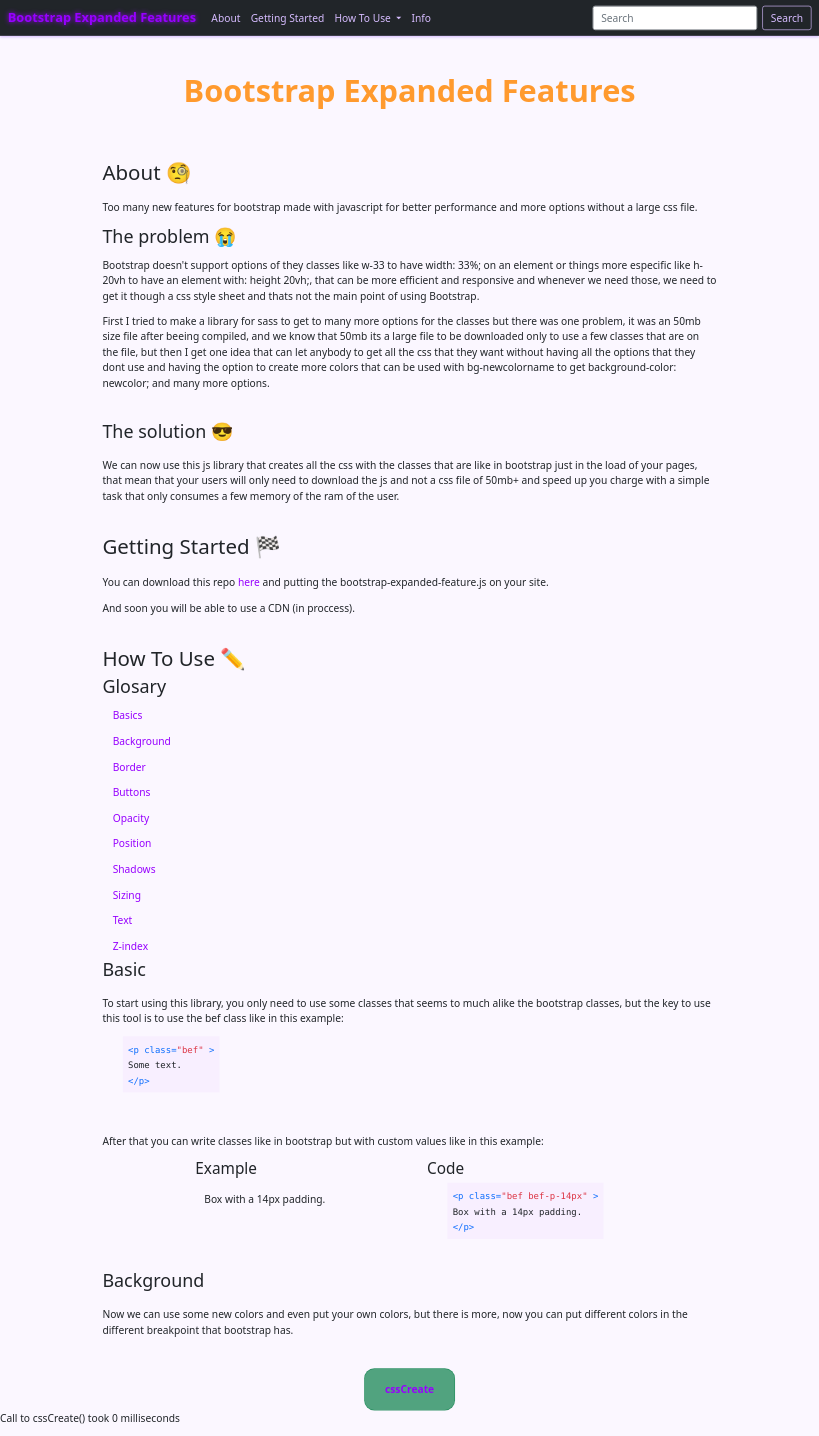
Repository: LynxPardelle/bootstrap-expanded-features
Page: index.html
An editor plug-in stored every save of this project. The page is shown before and after the next save, followed by the edit.
The browser window is 1280 px wide. The pictures show the whole page, at 64% of full size.

Above is the page before, as saved 2022-01-02 05:39:34.

### index.html
<!DOCTYPE html>
<html lang="es">
  <head>
    <meta charset="UTF-8" />
    <meta http-equiv="X-UA-Compatible" content="IE=edge" />
    <meta name="viewport" content="width=device-width, initial-scale=1.0" />
    <title>Bootstrap Expanded Features</title>
    <link
      href="https://cdn.jsdelivr.net/npm/bootstrap@5.1.3/dist/css/bootstrap.min.css"
      rel="stylesheet"
      integrity="sha384-1BmE4kWBq78iYhFldvKuhfTAU6auU8tT94WrHftjDbrCEXSU1oBoqyl2QvZ6jIW3"
      crossorigin="anonymous"
    />
    <link rel="stylesheet" href="./style.css" />
  </head>
  <body class="bef bef-bg-futurePop__OPA__0_03">
    <header>
      <nav
        class="
          navbar navbar-expand-lg navbar-dark
          bg-dark
          align-items-center
          bef
          bef-boxShadow-0px__2px__4px__lavender
          position-fixed
          top-0
          w-100
        "
      >
        <div class="container-fluid">
          <a
            class="
              navbar-brand
              bef bef-text-futurePop
              fw-bolder
              bef-textShadow-0px__0px__8px__futurePop
            "
            href="#"
            >Bootstrap Expanded Features</a
          >
          <button
            class="navbar-toggler"
            type="button"
            data-bs-toggle="collapse"
            data-bs-target="#navbarSupportedContent"
            aria-controls="navbarSupportedContent"
            aria-expanded="false"
            aria-label="Toggle navigation"
          >
            <span class="navbar-toggler-icon"></span>
          </button>
          <div class="collapse navbar-collapse" id="navbarSupportedContent">
            <ul class="navbar-nav me-auto mb-lg-0">
              <li class="nav-item">
                <a class="nav-link bef bef-text-lavender" href="#about"
                  >About</a
                >
              </li>
              <li class="nav-item">
                <a
                  class="nav-link bef bef-text-lavender"
                  href="#getting_started"
                  >Getting Started</a
                >
              </li>
              <li class="nav-item dropdown">
                <a
                  class="nav-link bef bef-text-lavender dropdown-toggle"
                  href="#howToUse"
                  id="navbarDropdown"
                  role="button"
                  data-bs-toggle="dropdown"
                  aria-expanded="false"
                >
                  How To Use
                </a>
                <ul
                  class="dropdown-menu dropdown-menu-dark"
                  aria-labelledby="navbarDropdown"
                >
                  <li>
                    <a class="dropdown-item bef bef-text-lavender" href="#"
                      >Action</a
                    >
                  </li>
                  <li>
                    <a class="dropdown-item bef bef-text-lavender" href="#"
                      >Another action</a
                    >
                  </li>
                  <li><hr class="dropdown-divider" /></li>
                  <li>
                    <a class="dropdown-item bef bef-text-lavender" href="#"
                      >Something else here</a
                    >
                  </li>
                </ul>
              </li>
              <li class="nav-item">
                <a class="nav-link bef bef-text-lavender" href="#Info">Info</a>
              </li>
            </ul>
            <form class="d-flex">
              <input
                id="searchInput"
                class="form-control me-2"
                type="search"
                placeholder="Search"
                aria-label="Search"
              />
              <button class="btn bef bef-btnOutline-lavender">Search</button>
            </form>
          </div>
        </div>
      </nav>

      <h1
        class="
          text-center
          d-block
          bef bef-w-85vw bef-w-md-75vw bef-fs-2rem bef-fs-md-3rem
          bef-m-7rem__auto__5rem
          bef-text-summer
          fw-bolder
        "
      >
        Bootstrap Expanded Features
      </h1>
    </header>

    <div>
      <main class="bef bef-w-85vw bef-wmx-1000px bef-w-md-75vw mx-auto">
        <!-- ABOUT -->
        <section>
          <a id="about"></a>
          <h2>About 🧐</h2>
          <article>
            <p class="mt-4 mb-3 text-start">
              Too many new features for bootstrap made with javascript for
              better performance and more options without a large css file.
            </p>
          </article>
          <!-- THE_PROBLEM -->
          <article>
            <h3>The problem 😭</h3>
            <p class="my-3 text-start">
              Bootstrap doesn't support options of they classes like w-33 to
              have width: 33%; on an element or things more especific like
              h-20vh to have an element with: height 20vh;, that can be more
              efficient and responsive and whenever we need those, we need to
              get it though a css style sheet and thats not the main point of
              using Bootstrap.
            </p>
            <p class="mt-3 mb-5 text-start">
              First I tried to make a library for sass to get to many more
              options for the classes but there was one problem, it was an 50mb
              size file after beeing compiled, and we know that 50mb its a large
              file to be downloaded only to use a few classes that are on the
              file, but then I get one idea that can let anybody to get all the
              css that they want without having all the options that they dont
              use and having the option to create more colors that can be used
              with bg-newcolorname to get background-color: newcolor; and many
              more options.
            </p>
          </article>
          <!-- THE_SOLUTION -->
          <article>
            <h3>The solution 😎</h3>
            <p class="mt-4 mb-5 text-start">
              We can now use this js library that creates all the css with the
              classes that are like in bootstrap just in the load of your pages,
              that mean that your users will only need to download the js and
              not a css file of 50mb+ and speed up you charge with a simple task
              that only consumes a few memory of the ram of the user.
            </p>
          </article>
        </section>
        <!-- GETTING_STARTED -->
        <section>
          <a id="getting_started"></a>
          <h2>Getting Started 🏁</h2>
          <article>
            <p class="mt-4 mb-3 text-start bef bef-link-futurePop">
              You can download this repo
              <a
                class="text-decoration-none"
                href="https://github.com/LynxPardelle/bootstrap-expanded-features.git"
                target="_blank"
                >here</a
              >
              and putting the bootstrap-expanded-feature.js on your site.
            </p>
            <p class="mt-3 mb-5 text-start bef bef-link-futurePop">
              And soon you will be able to use a CDN (in proccess).
            </p>
          </article>
        </section>
        <!-- HOW_TO_USE -->
        <section>
          <a id="howToUse"></a>
          <h2>How To Use ✏️</h2>
          <article>
            <h3>Glosary</h3>
            <ul class="nav flex-column bef bef-link-futurePop">
              <li class="nav-item">
                <a class="nav-link" href="#basicHTU">Basics</a>
              </li>
              <li class="nav-item">
                <a class="nav-link" href="#backgroundHTU">Background</a>
              </li>
              <li class="nav-item">
                <a class="nav-link" href="#borderHTU">Border</a>
              </li>
              <li class="nav-item">
                <a class="nav-link" href="#buttonsHTU">Buttons</a>
              </li>
              <li class="nav-item">
                <a class="nav-link" href="#opacityHTU">Opacity</a>
              </li>
              <li class="nav-item">
                <a class="nav-link" href="#positionHTU">Position</a>
              </li>
              <li class="nav-item">
                <a class="nav-link" href="#shadowsHTU">Shadows</a>
              </li>
              <li class="nav-item">
                <a class="nav-link" href="#sizingHTU">Sizing</a>
              </li>
              <li class="nav-item">
                <a class="nav-link" href="#textHTU">Text</a>
              </li>
              <li class="nav-item">
                <a class="nav-link" href="#zIndexHTU">Z-index</a>
              </li>
            </ul>
          </article>
          <!-- BASICHTU -->
          <article>
            <a id="basicHTU"></a>
            <h3>Basic</h3>
            <p class="mt-4 mb-3 text-start bef bef-link-futurePop">
              To start using this library, you only need to use some classes
              that seems to much alike the bootstrap classes, but the key to use
              this tool is to use the bef class like in this example:
            </p>
            <p class="d-inline-block p-2 bef bef-m-0rem__2rem__3rem__2rem bef-bg-futurePop__OPA__0_03">
              <code class="text-dark">
                <span class="text-primary">
                  &#60;p class=<span class="text-danger">"bef"</span> &#62;
                </span>
                <br />
                <span>
                  Some text.
                </span>
                <br />
                <span class="text-primary">
                  &#60;&#47;p&#62;
                </span>
              </code>
            </p>
            <p class="mt-3 mb-3 text-start bef bef-link-futurePop">
              After that you can write classes like in bootstrap but with custom values like in this example:
            </p>
            <div class="d-flex justify-content-evenly">
              <div>
                <h4>Example</h4>
                <p class="bef bef-p-14px">
                  Box with a 14px padding.
                </p>
              </div>
              <div>
                <h4>Code</h4>
                <p class="d-inline-block p-2 bef bef-m-0rem__2rem__3rem__2rem bef-bg-futurePop__OPA__0_03">
                  <code class="text-dark">
                    <span class="text-primary">
                      &#60;p class=<span class="text-danger">"bef bef-p-14px"</span> &#62;
                    </span>
                    <br />
                    <span>
                      Box with a 14px padding.
                    </span>
                    <br />
                    <span class="text-primary">
                      &#60;&#47;p&#62;
                    </span>
                  </code>
                </p>
              </div>

            </div>
          </article>
          <article>
            <a id="backgroundHTU"></a>
            <h3>Background</h3>
            <p class="mt-4 mb-5 text-start bef bef-link-futurePop">
              Now we can use some new colors and even put your own colors, but
              there is more, now you can put different colors in the different
              breakpoint that bootstrap has.
            </p>
          </article>
        </section>
      </main>
      <aside></aside>
    </div>

    <footer>
      <a id="#info"></a>
      <button
        class="
          btn
          bef
          bef-btn-success__OPA__0_75
          bef-text-futurePop
          fw-bold
          d-block
          mx-auto
          bef-p-1_25rem__2rem
          bef-rounded-1rem
        "
        onclick="cssCreate()"
      >
        cssCreate
      </button>

      <div id="befTimer"></div>
    </footer>

    <!-- TABS
      <nav>
              <div class="nav nav-tabs" id="nav-tab" role="tablist">
                <button
                  class="
                    nav-link
                    active
                    bef bef-text-futurePop bef-textHover-lavender
                    bef-bg-futurePop__OPA__0_03
                  "
                  id="nav-background-tab"
                  data-bs-toggle="tab"
                  data-bs-target="#nav-background"
                  type="button"
                  role="tab"
                  aria-controls="nav-background"
                  aria-selected="false"
                >
                  Background
                </button>
                <button
                  class="
                    nav-link
                    bef bef-text-dark bef-textHover-lavender
                    bef-bg-futurePop__OPA__0
                  "
                  id="nav-border-tab"
                  data-bs-toggle="tab"
                  data-bs-target="#nav-border"
                  type="button"
                  role="tab"
                  aria-controls="nav-border"
                  aria-selected="false"
                >
                  Border
                </button>
                <button
                  class="
                    nav-link
                    bef bef-text-dark bef-textHover-lavender
                    bef-bg-futurePop__OPA__0
                  "
                  id="nav-buttons-tab"
                  data-bs-toggle="tab"
                  data-bs-target="#nav-buttons"
                  type="button"
                  role="tab"
                  aria-controls="nav-buttons"
                  aria-selected="false"
                >
                  Buttons
                </button>
                <button
                  class="
                    nav-link
                    bef bef-text-dark bef-textHover-lavender
                    bef-bg-futurePop__OPA__0
                  "
                  id="nav-opacity-tab"
                  data-bs-toggle="tab"
                  data-bs-target="#nav-opacity"
                  type="button"
                  role="tab"
                  aria-controls="nav-opacity"
                  aria-selected="false"
                >
                  Opacity
                </button>
                <button
                  class="
                    nav-link
                    bef bef-text-dark bef-textHover-lavender
                    bef-bg-futurePop__OPA__0
                  "
                  id="nav-position-tab"
                  data-bs-toggle="tab"
                  data-bs-target="#nav-position"
                  type="button"
                  role="tab"
                  aria-controls="nav-position"
                  aria-selected="false"
                >
                  Position
                </button>
                <button
                  class="
                    nav-link
                    bef bef-text-dark bef-textHover-lavender
                    bef-bg-futurePop__OPA__0
                  "
                  id="nav-shadows-tab"
                  data-bs-toggle="tab"
                  data-bs-target="#nav-shadows"
                  type="button"
                  role="tab"
                  aria-controls="nav-shadows"
                  aria-selected="false"
                >
                  Shadows
                </button>
                <button
                  class="
                    nav-link
                    bef bef-text-dark bef-textHover-lavender
                    bef-bg-futurePop__OPA__0
                  "
                  id="nav-sizing-tab"
                  data-bs-toggle="tab"
                  data-bs-target="#nav-sizing"
                  type="button"
                  role="tab"
                  aria-controls="nav-sizing"
                  aria-selected="true"
                >
                  Sizing
                </button>
                <button
                  class="
                    nav-link
                    bef bef-text-dark bef-textHover-lavender
                    bef-bg-futurePop__OPA__0
                  "
                  id="nav-text-tab"
                  data-bs-toggle="tab"
                  data-bs-target="#nav-text"
                  type="button"
                  role="tab"
                  aria-controls="nav-text"
                  aria-selected="false"
                >
                  Text
                </button>
                <button
                  class="
                    nav-link
                    bef bef-text-dark bef-textHover-lavender
                    bef-bg-futurePop__OPA__0
                  "
                  id="nav-z-index-tab"
                  data-bs-toggle="tab"
                  data-bs-target="#nav-z-index"
                  type="button"
                  role="tab"
                  aria-controls="nav-z-index"
                  aria-selected="false"
                >
                  Z-index
                </button>
              </div>
            </nav>
            <div class="tab-content" id="nav-tabContent">
              <div
                class="tab-pane fade show active mt-3 mb-5"
                id="nav-background"
                role="tabpanel"
                aria-labelledby="nav-background-tab"
              >
                <h3 class="text-center">Background</h3>

                <p>
                  Now we can use some new colors and even put your own colors,
                  but there is more, now you can put diferent colors in the
                  diferent breakpoint that bootstrap has.
                </p>
              </div>
              <div
                class="tab-pane fade"
                id="nav-border"
                role="tabpanel"
                aria-labelledby="nav-border-tab"
              >
                Border
              </div>
              <div
                class="tab-pane fade"
                id="nav-buttons"
                role="tabpanel"
                aria-labelledby="nav-buttons-tab"
              >
                Buttons
              </div>
              <div
                class="tab-pane fade"
                id="nav-opacity"
                role="tabpanel"
                aria-labelledby="nav-opacity-tab"
              >
                Opacity
              </div>
              <div
                class="tab-pane fade"
                id="nav-position"
                role="tabpanel"
                aria-labelledby="nav-position-tab"
              >
                Position
              </div>
              <div
                class="tab-pane fade"
                id="nav-shadows"
                role="tabpanel"
                aria-labelledby="nav-shadows-tab"
              >
                Shadows
              </div>
              <div
                class="tab-pane fade"
                id="nav-sizing"
                role="tabpanel"
                aria-labelledby="nav-sizing-tab"
              >
                Sizing
              </div>
              <div
                class="tab-pane fade"
                id="nav-text"
                role="tabpanel"
                aria-labelledby="nav-text-tab"
              >
                Text
              </div>
              <div
                class="tab-pane fade"
                id="nav-z-index"
                role="tabpanel"
                aria-labelledby="nav-z-index-tab"
              >
                Z-Index
              </div>
            </div>
-->

    <!--
Classes:
w width
h height
wmx max-width
hmx max-height
wmn min-width
hmn min-height
rounded border-radius
z z-index
opacity opacity
top top
bottom bottom
end left
start right
fs font-size
lh line-height
gap gap
p padding
m margin
border border-width
borderStyle border-style

bg background-color
text color
link a color
borderColor border-color
btn background-color border-color box-shadow
btnOutline border-color box-shadow
boxShadow box-shadow
textShadow text-shadow

Sides:
s left
e right
t top
b bottom
x left & right
y top & bottom

BreakPoints:
sm 576
md 768
lg 992
xl 1200
xxl 1400
-->
    <script
      src="https://cdn.jsdelivr.net/npm/bootstrap@5.1.3/dist/js/bootstrap.bundle.min.js"
      integrity="sha384-ka7Sk0Gln4gmtz2MlQnikT1wXgYsOg+OMhuP+IlRH9sENBO0LRn5q+8nbTov4+1p"
      crossorigin="anonymous"
    ></script>
    <script>
      var colors = {
        monster: "#00AA00",
        futurePop: "#9700FF",
      };
    </script>
    <script src="./bootstrap-expanded-features.js"></script>
    <script src="./bef-example-page.js"></script>
  </body>
</html>

Loaded but not shown: bootstrap-expanded-features.js (library); bef-example-page.js (64 lines, source omitted); style.css (no stored copy; drawn as an empty file)

After the next save:
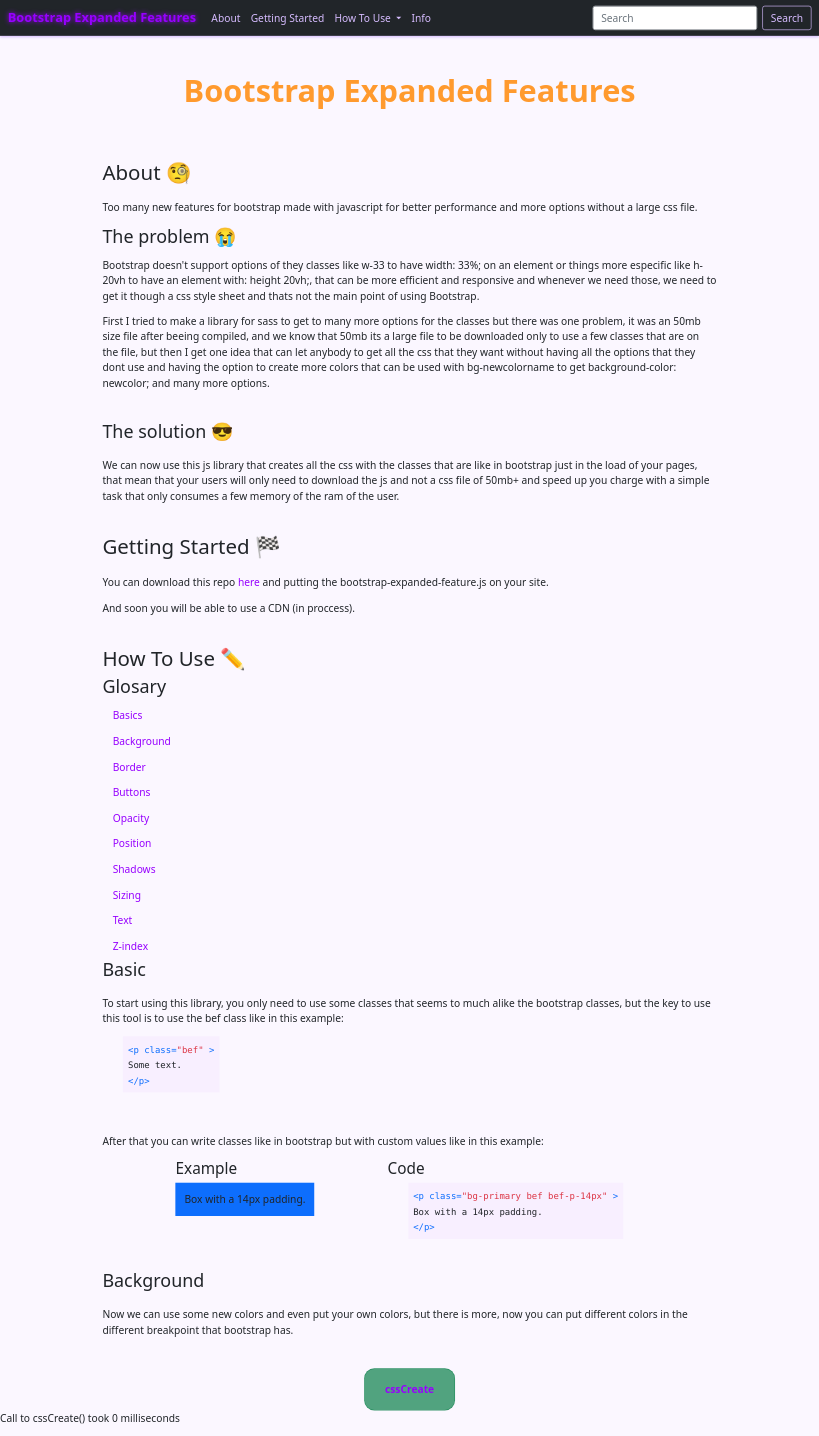
Saved 36 s later.
--- a/index.html
+++ b/index.html
@@ -264,7 +264,7 @@
             <div class="d-flex justify-content-evenly">
               <div>
                 <h4>Example</h4>
-                <p class="bef bef-p-14px">
+                <p class="bg-primary bef bef-p-14px">
                   Box with a 14px padding.
                 </p>
               </div>
@@ -273,7 +273,7 @@
                 <p class="d-inline-block p-2 bef bef-m-0rem__2rem__3rem__2rem bef-bg-futurePop__OPA__0_03">
                   <code class="text-dark">
                     <span class="text-primary">
-                      &#60;p class=<span class="text-danger">"bef bef-p-14px"</span> &#62;
+                      &#60;p class=<span class="text-danger">"bg-primary bef bef-p-14px"</span> &#62;
                     </span>
                     <br />
                     <span>
